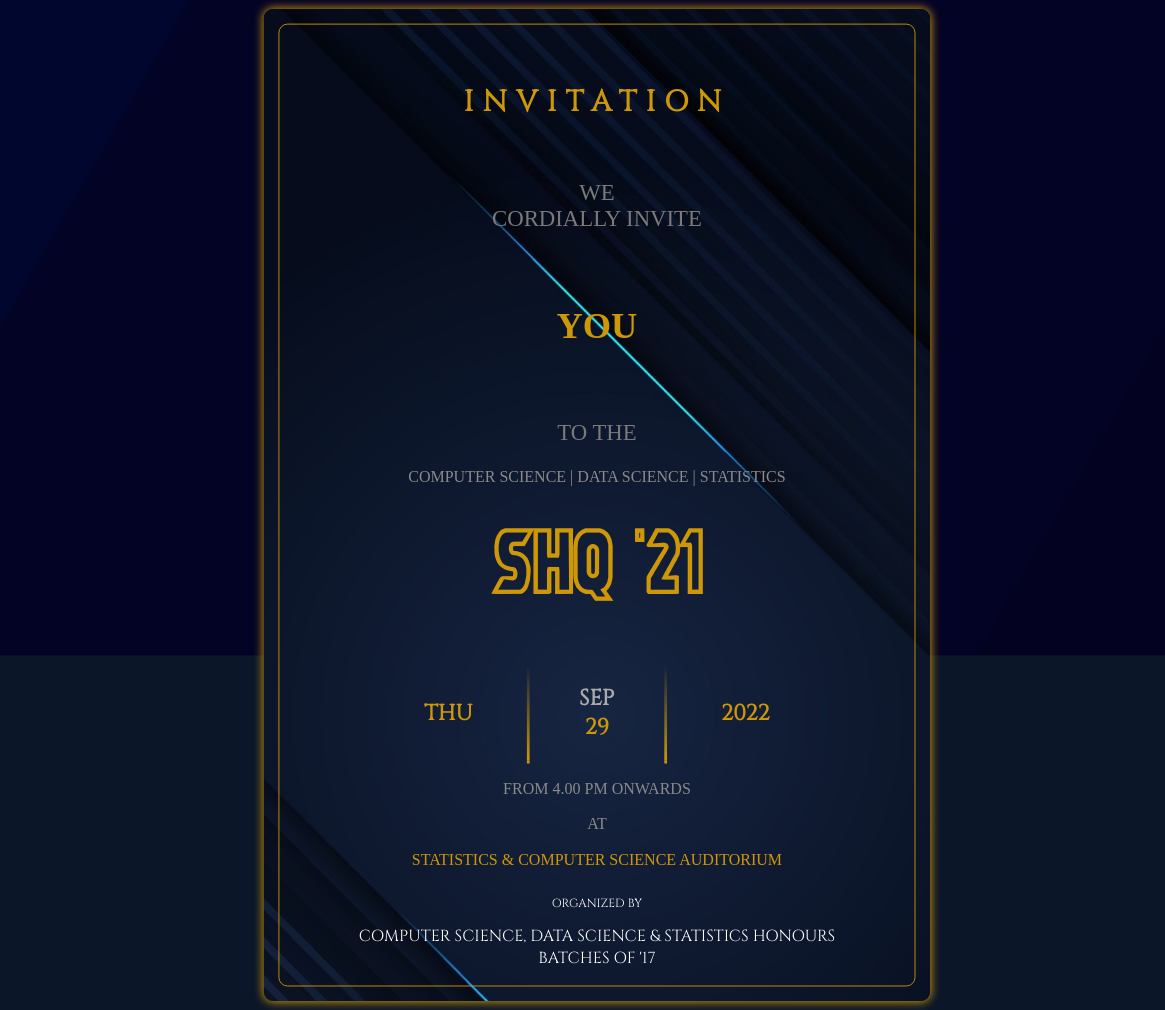
Repository: prabuddhika96/SHQ_Invitation
Page: index.html
These files come from the project's save history. The page is drawn as it stood at one moment and after the next save; the edit follows.
The browser window is 1280 px wide. The pictures show the whole page, at 91% of full size.
Some web fonts or font styles are not loaded; a fallback is used.

Above is the page before, as saved 2022-09-26 12:08:54.
Console error: ReferenceError: bodymovin is not defined

After the next save:
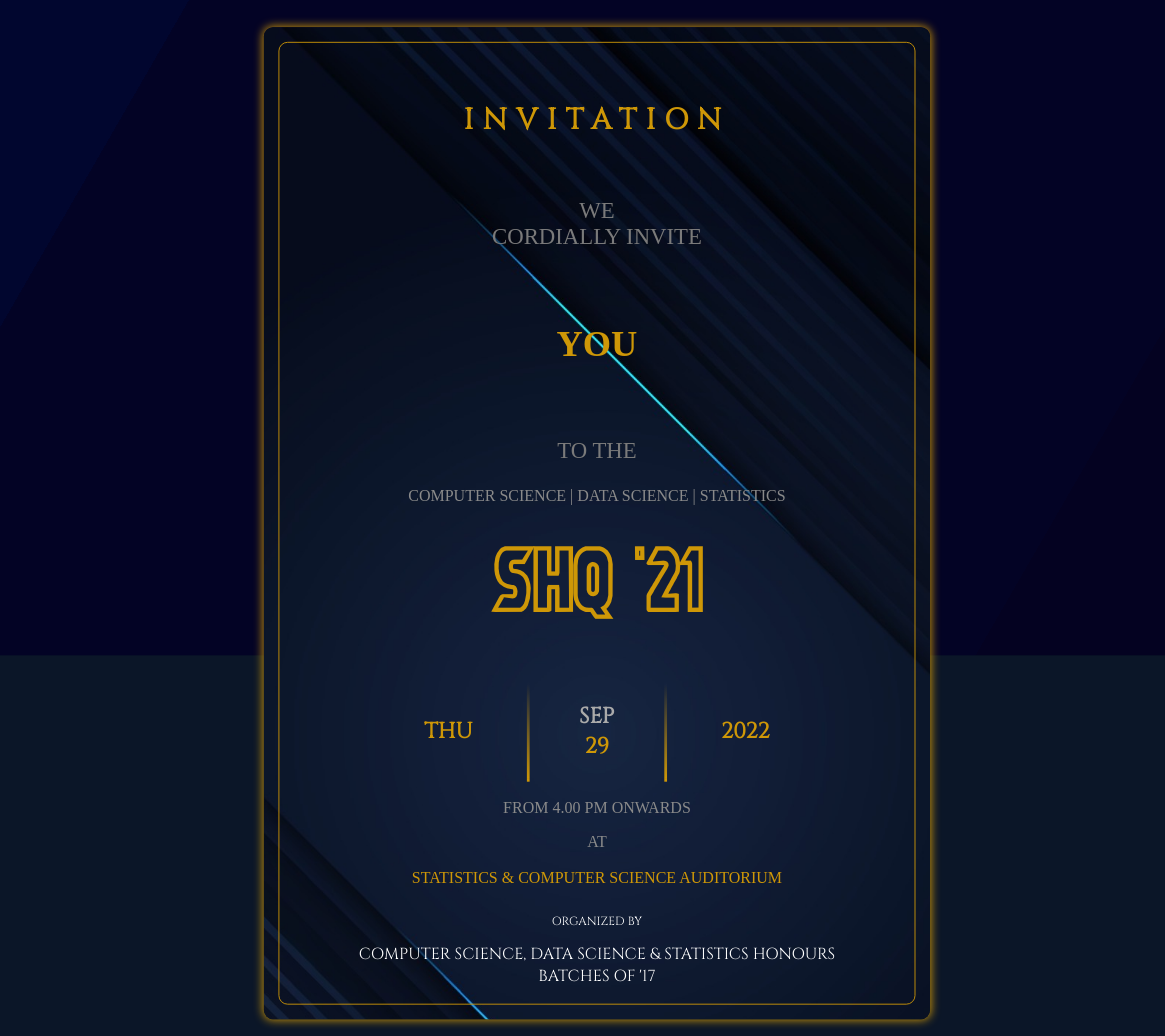
Saved 9 s later.
--- a/animation.css
+++ b/animation.css
@@ -3,7 +3,7 @@
 } */
 
 body {
-  margin: 0;
+  margin-top: 20px;
 }
 
 
